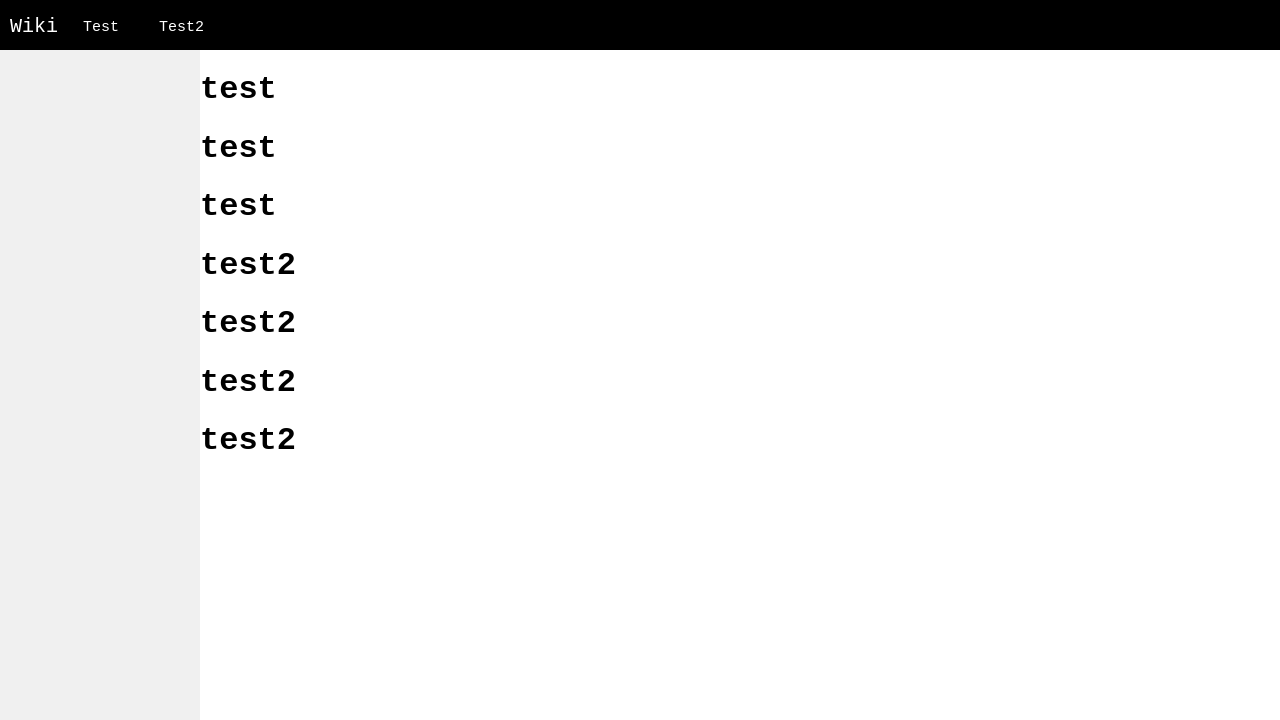
Repository: TimKral5/WikiPage
Page: index.html
These files come from the project's save history. The page is drawn as it stood at one moment and after the next save; the edit follows.
The browser window is 1280 px wide. The pictures show the whole page.

Above is the page before, as saved 2022-11-10 10:34:54.
Console error: SyntaxError: Unexpected identifier 'tabHandler'

After the next save:
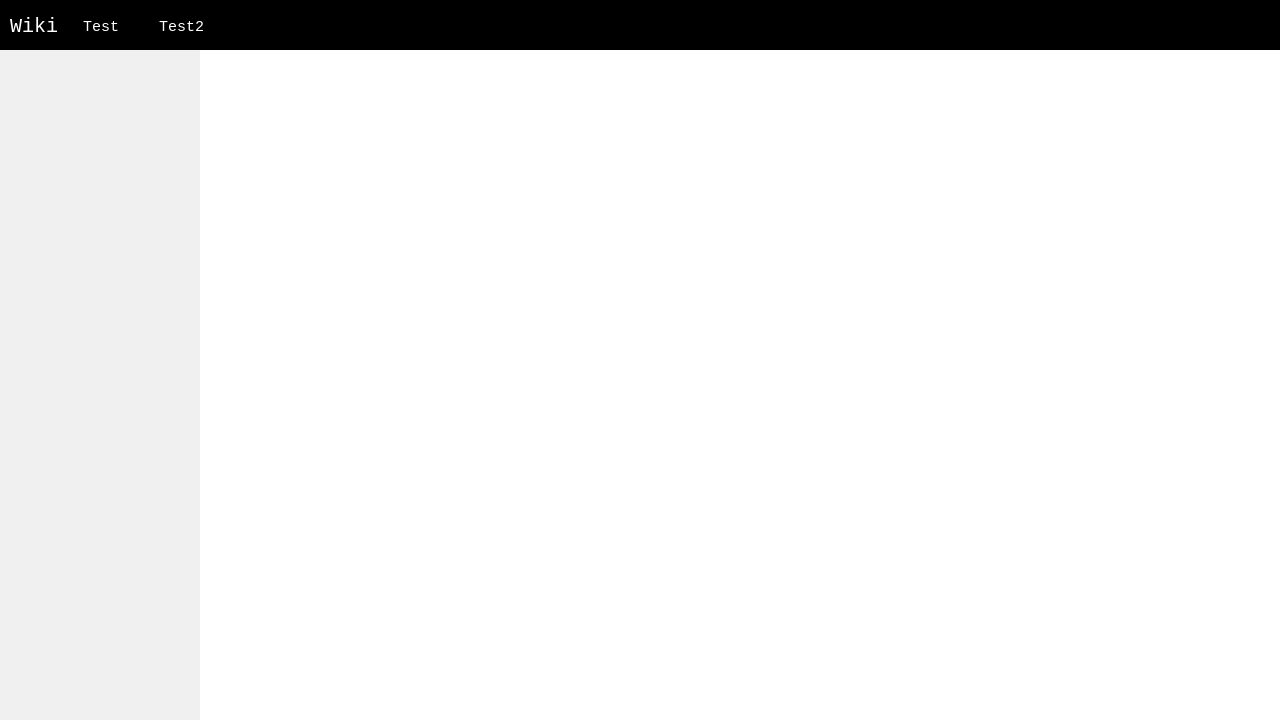
Console error: ReferenceError: t is not defined
Saved 23 s later.
--- a/tab-system.js
+++ b/tab-system.js
@@ -13,7 +13,7 @@
             });
         });
 
-            var _tab = t;
+            var _tab = window.location.hash;
             if (_tab == "")
                 _tab = config.defTab;
             var frag = _tab.split("/");
@@ -22,7 +22,6 @@
             console.log(tab);
             console.log(t);
             tab.removeAttribute("hidden");
-        }
     }
 
     tabHandler();
